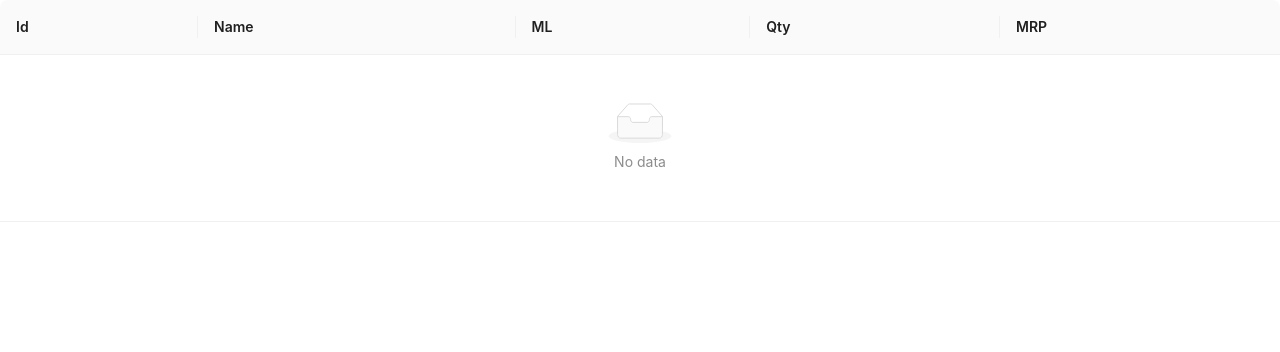
Repository: rxg8255/bazaar
Page: /
These files come from the project's save history. The page is drawn as it stood at one moment and after the next save; the edit follows.
The browser window is 1280 px wide. The pictures show the whole page.
The page's requests for data from a server got no answer. The project was rebuilt for these pictures with package versions that can differ from the ones it lists, and the page was loaded fresh each time. No one was signed in, and anything a server would have sent is missing.

Above is the page before, as saved 2024-01-23 00:58:47.

### src/App.js
import logo from "./logo.svg";
import "./App.css";
import Product from "./Products";

function App() {
  return (
    <div className="App">
      <Product />
    </div>
  );
}

export default App;

### src/Products.js
import React, { useState, useEffect } from "react";
import axios from "axios";
import { Table } from "antd";

function Product() {
  const columns = [
    {
      title: "Id",
      dataIndex: "key",
    },
    {
      title: "Name",
      dataIndex: "name",
    },
    {
      title: "ML",
      dataIndex: "quantity",
    },
    {
      title: "Qty",
      dataIndex: "available",
    },
    {
      title: "MRP",
      dataIndex: "mrp_price",
    },
  ];
  const [data, setData] = useState(null);

  useEffect(() => {
    const fetchData = async () => {
      // Try to get the data from the API endpoint
      try {
        // Use axios.get to make a GET request with the URL
        const response = await axios.get(
          "http://127.0.0.1:8000/api/inventory/"
        );
        // Set the data state with the response data
        setData(response.data);
      } catch (error) {
        // Handle the error if any
        console.error(error);
      }
    };
    // Call the async function
    fetchData();
  }, []);

  return (
    <div>
      <Table columns={columns} dataSource={data} />
    </div>
  );
}

export default Product;

Loaded but not shown: public/index.html (common file); src/index.js (common file); src/index.css (common file); src/reportWebVitals.js (common file); src/App.css (common file)

After the next save:
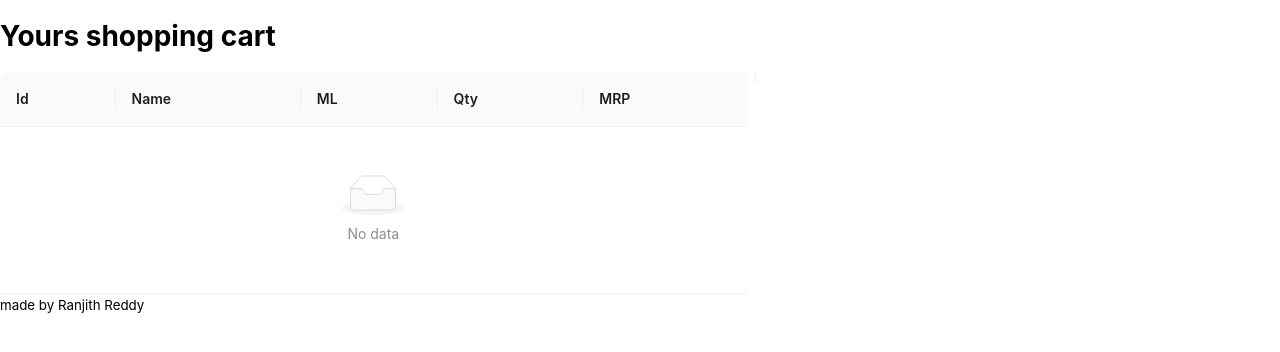
Saved 2 min 47 s later.
--- a/src/App.js
+++ b/src/App.js
@@ -1,11 +1,27 @@
 import logo from "./logo.svg";
 import "./App.css";
 import Product from "./Products";
+import { Row, Col, Divider } from "antd";
 
 function App() {
   return (
-    <div className="App">
-      <Product />
+    <div className="container">
+      <Row>
+        <Col span={24}>
+          <h1>Yours shopping cart</h1>
+        </Col>
+      </Row>
+      <Row>
+        <Col span={14}>
+          <Product />
+        </Col>
+        <Divider type="vertical" />
+        {/* <Col span={1}></Col> */}
+        <Col span={9}></Col>
+      </Row>
+      <footer>
+        <small>made by Ranjith Reddy</small>
+      </footer>
     </div>
   );
 }
